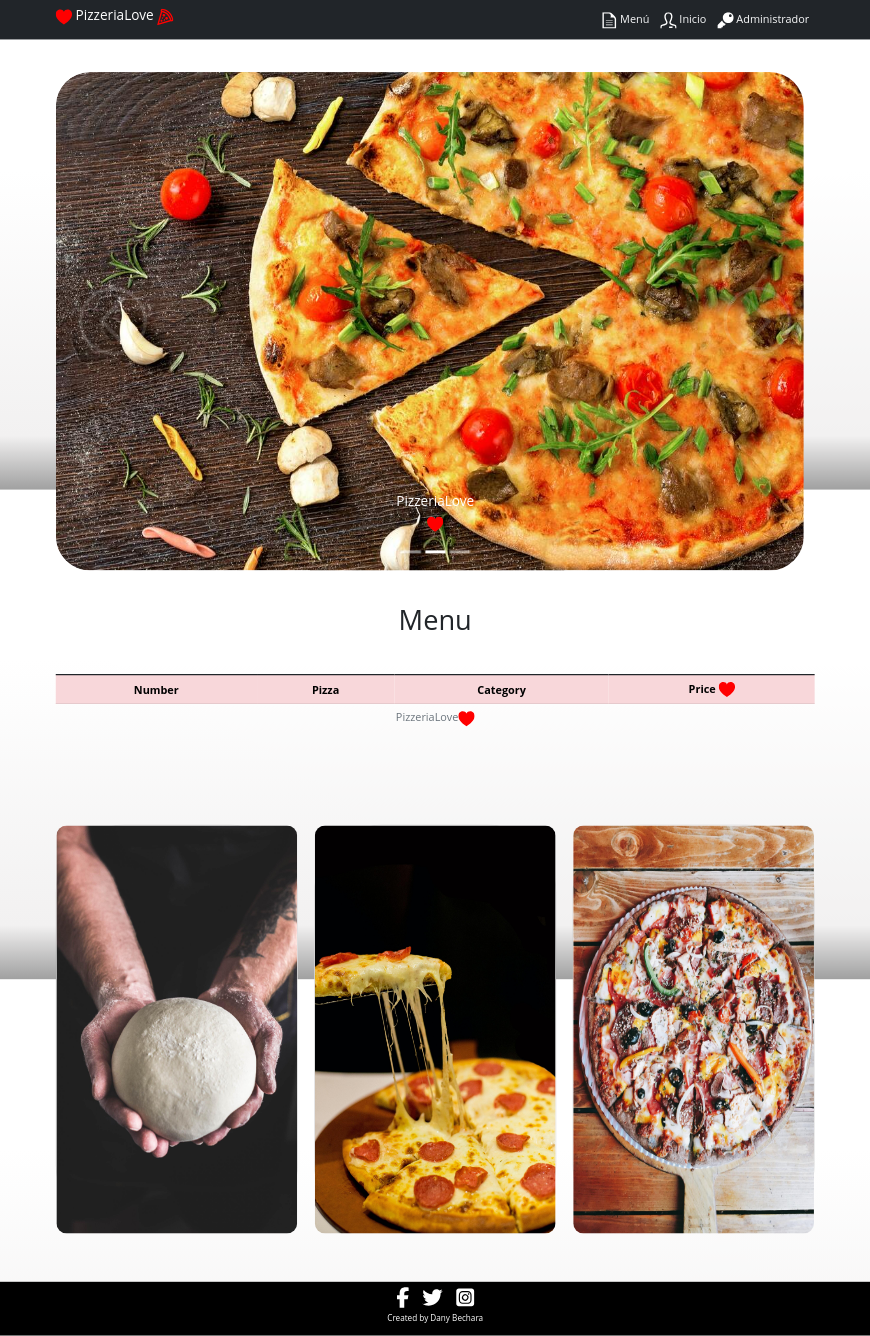
Repository: bechara611/PizzeriaLove
Page: /
These files come from the project's save history. The page is drawn as it stood at one moment and after the next save; the edit follows.
The browser window is 1280 px wide. The pictures show the whole page, at 68% of full size.
The page's requests for data from a server got no answer. Backgrounds fixed to the window are drawn as part of the page. The project was rebuilt for these pictures with package versions that can differ from the ones it lists, and the page was loaded fresh each time. No one was signed in, and anything a server would have sent is missing. Also part of the build but not shown: src/App.css, src/App.js, src/Componentes/FormularioAgregarMenu.css, src/Elementos/Alerta.js, src/Elementos/AlertaRed.js, src/Componentes/FormularioAgregarMenu.js.

Above is the page before, as saved 2022-02-25 22:26:40.

### src/index.js
import React,{useState} from 'react';
import ReactDOM from 'react-dom';
import './index.css';
import 'bootstrap/dist/css/bootstrap.css'
import 'bootstrap/dist/js/bootstrap.bundle.min';
import Header from './Componentes/Header';
import {BrowserRouter,Route, Routes,NavLink} from 'react-router-dom'
import {App,App2} from './App';
import WebFont from 'webfontloader'
import './index.css'
import Carousel from './Componentes/Carousel';
import Menu from './Componentes/Menu';
import Footer from './Componentes/Footer';
import { FormularioAgregarMenu } from './Componentes/FormularioAgregarMenu';
import Galeria from './Componentes/Galeria';

WebFont.load({
  google: {
    families: ['Open Sans:400,500,700', 'Sans-serif']
  }
});

const Index = () => {
  const [administrador,cambiaradministrador]=useState(false);
  const [admin,cambiaradmin]=useState('');
  return (
  <BrowserRouter>
     <Header administrador={administrador} cambiaradministrador={cambiaradministrador} cambiaradmin={cambiaradmin} admin={admin}></Header>
   {admin==='admin' ? <h2 className='my-5 tittle text-dark text-center'>ADMIN</h2>:<></>}
     <Carousel></Carousel>

    <Routes>
    <Route path='/' element={<Menu borrar={false} />} ></Route>
    <Route path='/administrador' element={<FormularioAgregarMenu />} ></Route>
    <Route path='/inicio' element={<Menu borrar={false} />} ></Route>
    </Routes>


    <Footer></Footer>
    </BrowserRouter>
    );
}


ReactDOM.render(

  <Index />,
  document.getElementById('root')
);

### src/index.css
* {
  margin: 0;
  font-family:'Open Sans';
  /* Permalink - use to edit and share this gradient: https://colorzilla.com/gradient-editor/#ffffff+0,ffffff+100&1+0,0+100;White+to+Transparent */



}


body
{
  background: rgb(255,255,255);
  background: linear-gradient(180deg, rgba(255,255,255,1) 0%, rgba(255,255,255,1) 35%, rgba(242,241,241,1) 89%, rgba(10,10,10,0.38699229691876746) 100%);

  background-attachment:fixed;
}

### src/Componentes/Header.js
import {NavLink} from 'react-router-dom'
import styled from 'styled-components';
import { BotonTipoNavLink,BotonTipoNavLinkA } from '../Elementos/BotonTipoNavLink';
import {Pizza2,Administrador2,Inicio2,Menu2,Contacto2,Heart2}from '../Elementos/ImagenesSVG';
import {App,App2} from './../App';
import './Header.css'


const Header = ({cambiaradministrador,administrador,cambiaradmin}) => {
    let url1,urladmin;
    url1="/inicio";
    urladmin='/administrador'
      return (
        <>

        <nav className="navbar navbar-expand-sm navbar-dark bg-dark  header_nav">
        <div className="container contenedor1 ">
        <div className='hijo1_header'>
         <BotonTipoNavLink to={url1} className="navbar-brand"> <Heart2 / > PizzeriaLove <Pizza2></Pizza2></BotonTipoNavLink>



        </div>
      <div className='hijo2_header'>
        <button
        className="navbar-toggler mt-2"
        type="button"
        data-bs-toggle="collapse"
        data-bs-target="#menu"
        aria-controls="menu"
        aria-expanded="false"
        aria-label="Mostrar / Ocultar Menu"
      >
        <span className="navbar-toggler-icon"></span>
      </button>

      <div className="collapse navbar-collapse" id="menu">
      <ul className="navbar-nav me-auto mb-2 mb-lg-0 header_menu">
      <li className="nav-item opcion"><a href="#menuu" className="nav-link text-light  opcion" onClick={()=>{cambiaradmin('usuario')}}><Menu2></Menu2> Menú</a></li>
        <li className="nav-item"><BotonTipoNavLinkA to={url1} className="nav-link text-light" onClick={()=>{cambiaradmin('usuario')}}><Inicio2/> Inicio</BotonTipoNavLinkA></li>
        <li className="nav-item"><BotonTipoNavLink to={urladmin} className="nav-link text-light" onClick={()=>{cambiaradmin('admin')}}> <Administrador2 /> Administrador</BotonTipoNavLink></li>
      </ul>

    </div>
    </div>
        </div>

      </nav>

      </>
       );
    }

    export default Header;

### src/Componentes/Carousel.js
import { Heart2 } from '../Elementos/ImagenesSVG'
import imagen1 from './../Imagenes/carousel1.jpg'
import imagen2 from './../Imagenes/carousel2.jpg'
import imagen3 from './../Imagenes/carousel3.jpg'
import './Carousel.css'
const Carousel = () => {
    return (

        <>
<section className="main">
  <div className="container">
    <div className="row mt-5">
      <div className="col">
        <div className="carousel slide carousel-fade" id="mi-carousel" data-bs-ride="carousel">
          <div className="carousel-inner">
            <div className="carousel-item active">
            <div className="carousel-caption">
            <h5>PizzeriaLove</h5>
            <p><Heart2></Heart2></p>
          </div>
              <img className="img-fluid" src={imagen1} alt='' />
            </div>

            <div className="carousel-item" data-bs-interval="5000">
              <div className="carousel-caption">
                <h5>PizzeriaLove</h5>
                <p><Heart2></Heart2></p>
              </div>
              <img className="img-fluid" src={imagen2}  alt=''/>
            </div>
            <div className="carousel-item">
            <div className="carousel-caption">
            <h5>PizzeriaLove</h5>
            <p><Heart2></Heart2></p>
          </div>
            <img className="img-fluid" src={imagen3} alt='' />
            </div>
          </div>



          <button
            className="carousel-control-prev botonprev"
            type="button"
            data-bs-target="#mi-carousel"
            data-bs-slide="prev"
          >
            <span className="carousel-control-prev-icon  icono" aria-hidden="true"></span>
            <span className="visually-hidden">Prev</span>
          </button>
          <button
            className="carousel-control-next"
            type="button"
            data-bs-target="#mi-carousel"
            data-bs-slide="next"
          >
            <span className="carousel-control-next-icon icono" aria-hidden="true"></span>
            <span className="visually-hidden">Next</span>
          </button>




          <div className="carousel-indicators">
            <button
              type="button"
              className="active"
              data-bs-target="#mi-carousel"
              data-bs-slide-to="0"
              aria-label="Slide 1"
            ></button>
            <button
              type="button"
              className=""
              data-bs-target="#mi-carousel"
              data-bs-slide-to="1"
              aria-label="Slide 2"
            ></button>
            <button
              type="button"
              className=""
              data-bs-target="#mi-carousel"
              data-bs-slide-to="2"
              aria-label="Slide 3"
            ></button>
          </div>
        </div>
      </div>
    </div>
  </div>

</section>


        </>
     );
}

export default Carousel;

### src/Componentes/Menu.js
import React from 'react'
import { Heart2, Trash2 } from '../Elementos/ImagenesSVG';
import { db } from '../Firebase/FirebaseConfig';
import './Menu.css'
import useObtenerMenu from '../Hooks/useObtenerMenu';
import BorrarDocumento from '../Firebase/Borrar';
import Galeria from './Galeria';

const Menu = ({borrar}) => {
   const [platos,cambiarplatos]=useObtenerMenu();


    return (
        <>
        <div className="container contenedor-tabla">
        <div className="row my-5">

        <div className="col titulo">
        {borrar===true ?   <h1 className=''>Admin, you can delete a plate here:</h1> :    <h1 className=''>Menu</h1>}

        </div>
        </div>
            <div className="row my-5">

             <div className="table-responsive " id='menuu'>
            <table className="table table-hover table" >
            <caption className='captionMenu'>PizzeriaLove<Heart2></Heart2></caption>
             <thead>
             <tr className={borrar===true?'table-success' : 'table-danger'}>
             <th>Number</th>
             <th>Pizza</th>
             <th>Category </th>
             <th>Price <Heart2></Heart2> </th>
             </tr>
             </thead>
             <tbody>
             {
                 platos.map((plato,index)=>{
                     return <React.Fragment key={index}>
                     <tr onClick={()=>{


                     }} >
                     <td>{index +1}</td>
                     <td>{plato.plato}</td>
                     <td>{plato.categorias}</td>
                     {borrar===true ?    <td>{plato.precio}$  <Trash2 onClick={()=>{
                        if (borrar===true) {
                            BorrarDocumento(plato.id)
                         }
                     }}></Trash2> </td> : <td>{plato.precio}</td> }

                     </tr>
                     </React.Fragment>
                 })
             }
             </tbody>
             </table>
            </div>


            </div>
        </div>
        <Galeria></Galeria>
        </>

        )

}

export  default Menu;

### src/Componentes/Footer.js
import styled from "styled-components";
import './Footer.css'
import { FontAwesomeIcon } from '@fortawesome/react-fontawesome'
import { faCoffee } from '@fortawesome/free-solid-svg-icons'
import {  faFacebookF,faInstagramSquare,faTwitter } from '@fortawesome/free-brands-svg-icons';
import useObtenerMenu from "../Hooks/useObtenerMenu";


const Footer = () => {
    let face='https://www.facebook.com';
    let insta='https://www.instagram.com';
    let twitter='https://www.twitter.com';
    let nuevaPestana="_blank"

    return (
        <>
        <div className="container-fluid " >
        <div className="row fila">
        <footer className="col-12 footer">
        <a href={face} target={nuevaPestana} className='face'><FontAwesomeIcon icon={faFacebookF}/></a>
        <a href={twitter} target={nuevaPestana} className='twitter'><FontAwesomeIcon icon={faTwitter}/></a>
        <a href={insta} target={nuevaPestana} className='instagram'><FontAwesomeIcon icon={faInstagramSquare}/></a>

        </footer>
        <p className="col-12">Created by Dany Bechara</p>
        </div>
        </div>
        </>
     );
}

export default Footer;

### src/Componentes/Galeria.js
import React from 'react';
import './Galeria.css'
import  Pizza1 from './../Imagenes/Pizza1.jpg'
import  Pizza2 from './../Imagenes/Pizza2.jpg'
import  Pizza3 from './../Imagenes/Pizza3.jpg'
import  Pizza4 from './../Imagenes/Pizza4.jpg'
import  Pizza5 from './../Imagenes/Pizza5.jpg'
import  Pizza6 from './../Imagenes/Pizza6.jpg'
import  Pizza7 from './../Imagenes/Pizza7.jpg'

import {ReactComponent as Menu} from './../Imagenes/Menu.svg'
const Galeria = () => {
    return (

        <>
        <div className="container   py-5">
    <div className="row my-4 ">
        <div className="col-lg-4">
            <div className="card cardcita">
           < img src={Pizza5} alt="" className=" cardcitaImagen"></img>
            </div>
        </div>
        <div className="col-lg-4">
            <div className="card cardcita">
           < img src={Pizza2} alt="" className=" cardcitaImagen"></img>
            </div>
        </div>
        <div className="col-lg-4">
            <div className="card cardcita">
           < img src={Pizza3} alt="" className="cardcitaImagen"></img>
            </div>
        </div>
    </div>


        </div>
        </>
     );
}

export default Galeria;

### src/Elementos/BotonTipoNavLink.js
import styled from "styled-components"
import { NavLink } from "react-router-dom"
    const BotonTipoNavLink = styled(NavLink)`
    &:hover
    {
      text-decoration: underline;
      color: black;
    }
    `

    const BotonTipoNavLinkA=styled(BotonTipoNavLink)`
    text-decoration: none;
      color: black;
      cursor:pointer;
    `
    export {BotonTipoNavLink,BotonTipoNavLinkA}

### src/Elementos/ImagenesSVG.js
import styledComponents from 'styled-components';
import {ReactComponent as Pizza} from './../Imagenes/Pizza.svg'
import {ReactComponent as Inicio} from './../Imagenes/Inicio.svg'
import {ReactComponent as Menu} from './../Imagenes/Menu.svg'
import {ReactComponent as Administrador} from './../Imagenes/Administrador.svg'
import {ReactComponent as Contacto} from './../Imagenes/Contacto.svg'
import {ReactComponent as Heart} from './../Imagenes/Heart.svg'
import {ReactComponent as Trash} from './../Imagenes/Trash.svg'
const Pizza2 = styledComponents(Pizza)`
font-size:10px;
z-index: 1;
color:white;
fill:red;

`;
const Inicio2 = styledComponents(Inicio)`
font-size:10px;
z-index: 1;
color:white;
fill:white;

`;
const Menu2 = styledComponents(Menu)`
font-size:10px;
z-index: 1;
color:white;
fill:white;

`;
const Administrador2 = styledComponents(Administrador)`
font-size:10px;
z-index: 1;
color:white;
fill:white;

`;

const Contacto2 = styledComponents(Contacto)`
font-size:10px;
z-index: 1;
color:white;
fill:white;

`;

const Heart2 = styledComponents(Heart)`
font-size:10px;
z-index: 1;
color:white;
fill:red;

`;

const Trash2=styledComponents(Trash)`
fill:blue;
cursor:pointer;
`

export {Pizza2,Administrador2,Inicio2,Menu2, Contacto2,Heart2,Trash2}

### src/Componentes/Header.css

*{
   box-sizing: border-box;
   margin: 0;
   padding: 0;


}
.header_nav2
{
    /* margin-top: -8px; */
    background: -moz-linear-gradient(top,  rgba(211,126,128,1) 0%, rgba(146,171,207,0) 76%, rgba(134,179,222,0) 90%, rgba(125,185,232,0) 100%); /* FF3.6-15 */
background: -webkit-linear-gradient(top,  rgba(211,126,128,1) 0%,rgba(146,171,207,0) 76%,rgba(134,179,222,0) 90%,rgba(125,185,232,0) 100%); /* Chrome10-25,Safari5.1-6 */
background: linear-gradient(to bottom,  rgba(211,126,128,1) 0%,rgba(146,171,207,0) 76%,rgba(134,179,222,0) 90%,rgba(125,185,232,0) 100%); /* W3C, IE10+, FF16+, Chrome26+, Opera12+, Safari7+ */
filter: progid:DXImageTransform.Microsoft.gradient( startColorstr='#d37e80', endColorstr='#007db9e8',GradientType=0 ); /* IE6-9 */


}
body
{
    /* background: url(./../Imagenes/textura.png);
	background-repeat: repeat;
	background-attachment: fixed; */
}

.nav
{


}

.contenedor12
{

    /* min-height: 300px;  */
}

.hijo1_header
{
    align-self: start;
    /* margin-top: 2%; */

}
.hijo2_header
{
    /* margin-top: 2%; */
    align-self: start;
}
.header_menu
{

}

.opcion
{
text-decoration: dotted;
display: inline-block;
opacity: 1;

}



.opcion:hover
{
    text-decoration: underline;
}

.opcion:link
{
color: green;
}

### src/Componentes/Carousel.css
.carousel-inner{border-radius: 50px;}
.carousel-item{border-radius: 50px;}
.img-fluid{border-radius: 50px;}
.icono {
    height: 100px;
    width: 100px;

      /*shape border*/
      border: 5px solid white;
      border-radius: 50%; /*zero for square */
      opacity: 0.3;
      /*symbol */
      color: BLACK;



}
.icono:hover{opacity: 1;}

### src/Firebase/FirebaseConfig.js
import { initializeApp } from "firebase/app";
import { getAnalytics } from "firebase/analytics";
import { getFirestore } from "firebase/firestore";
import { getAuth, createUserWithEmailAndPassword } from "firebase/auth";

const firebaseConfig2 = {
    apiKey: "AIzaSyDhYuWK_8Uy4S-BtkFmFfityIjQnt4M3Is",
    authDomain: "pizzerialove-00.firebaseapp.com",
    projectId: "pizzerialove-00",
    storageBucket: "pizzerialove-00.appspot.com",
    messagingSenderId: "356504995914",
    appId: "1:356504995914:web:c5fee404edbf5f32affeb3",
    measurementId: "G-CK1N9HMEKD"
  };


    const firebaseConfig = {
      apiKey:process.env.REACT_APP_FIREBASE_API_KEY,
      authDomain:process.env.REACT_APP_FIREBASE_AUTH_DOMAIN,
      projectId:process.env.REACT_APP_FIREBASE_PROJECT_ID,
      storageBucket:process.env.REACT_APP_FIREBASE_STORAGE_BUCKET,
      messagingSenderId:process.env.REACT_APP_FIREBASE_MESSAGING_SENDER_ID,
      appId:process.env.REACT_APP_FIREBASE_APP_ID,
      measurementId:process.env.REACT_APP_FIREBASE_MEASUREMENT_ID
    };



// Initialize Firebase
const app = initializeApp(firebaseConfig);
const analytics = getAnalytics(app);
const db= getFirestore();
const auth=getAuth();

export {app,analytics,db,auth};

### src/Componentes/Menu.css
.captionMenu
{
    text-align: center;
}

.titulo{text-align: center;}

td{text-align: center;}
th{text-align: center;}

.basurita{background: black;}

.table-responsive{




    }

### src/Hooks/useObtenerMenu.js
import React,{useEffect,useState} from 'react'
import { db } from '../Firebase/FirebaseConfig';
import { collection,onSnapshot } from 'firebase/firestore';

const useObtenerMenu = () => {
    const [platos,cambiarplatos]=useState([{}])
    useEffect(()=>{

            const FuncionObtenerMenu=onSnapshot(collection(db,'menu'), (snapShot)=>{

               let vectormenu=snapShot.docs.map((documento)=>{
                  // console.log(documento.id)
                    return {...documento.data(),id:documento.id}
                })
              //  console.log(vectormenu);
              cambiarplatos([{}])
                cambiarplatos(vectormenu)
            })




            return FuncionObtenerMenu;
          },[])
          return [platos,cambiarplatos]
}

export default useObtenerMenu;

### src/Firebase/Borrar.js
import { db,app } from './FirebaseConfig'
import {doc,deleteDoc, } from 'firebase/firestore'
const BorrarDocumento =async (id) => {
  try {
  await deleteDoc(doc(db,'menu',id));

   } catch (error) {
    console.log(error)
   }

}

export default BorrarDocumento;

### src/Componentes/Footer.css
.footer
{
    display: flex;
    flex-direction: row;
    justify-content: center;

}
.fila
{
    display: flex;
    justify-content: center;
    text-align: center;
    background: black;
    font-size: 12px;
}
.fila p
{

color: white;
}
.footer a{
    text-decoration: none;
font-size: 30px;
display: inline-block;
color: white;
margin: 0 10px;
}
.face:hover{color: blue;}
.twitter:hover{color: lightblue;}
.instagram:hover{color:#fcaf45}

### src/Componentes/Galeria.css
.cardcita{
   border-radius: 100px;
   max-height: 600px;
   min-height: 600px;

}

.cardcitaImagen
{
    border-radius: 15px;
    max-height: 600px;
    min-height: 600px;

}
.fila
{


}

Loaded but not shown: public/index.html (common file)

After the next save:
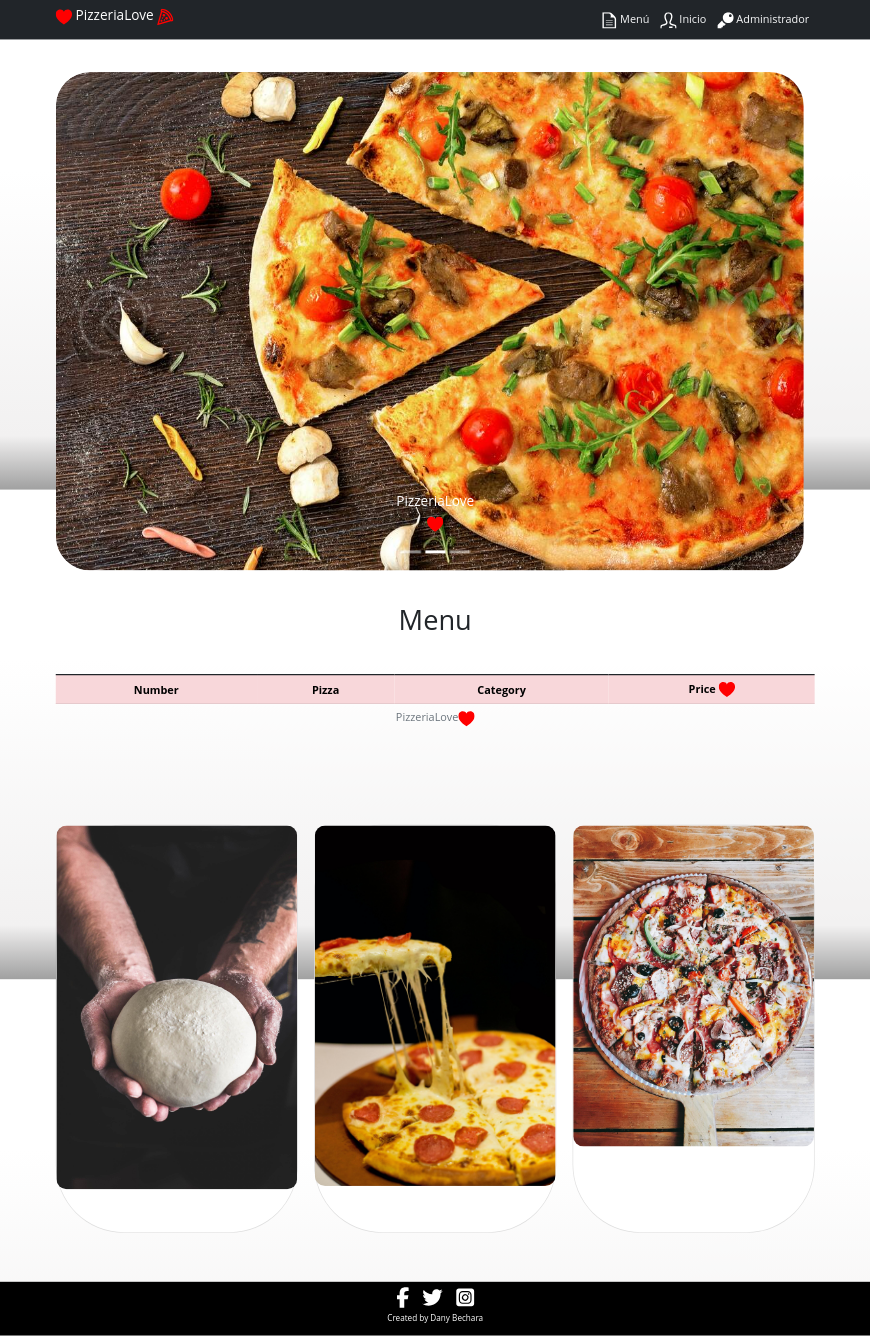
Saved 11 s later.
--- a/src/Componentes/Galeria.css
+++ b/src/Componentes/Galeria.css
@@ -8,8 +8,7 @@
 .cardcitaImagen
 {
     border-radius: 15px;
-    max-height: 600px;
-    min-height: 600px;
+
 
 }
 .fila
